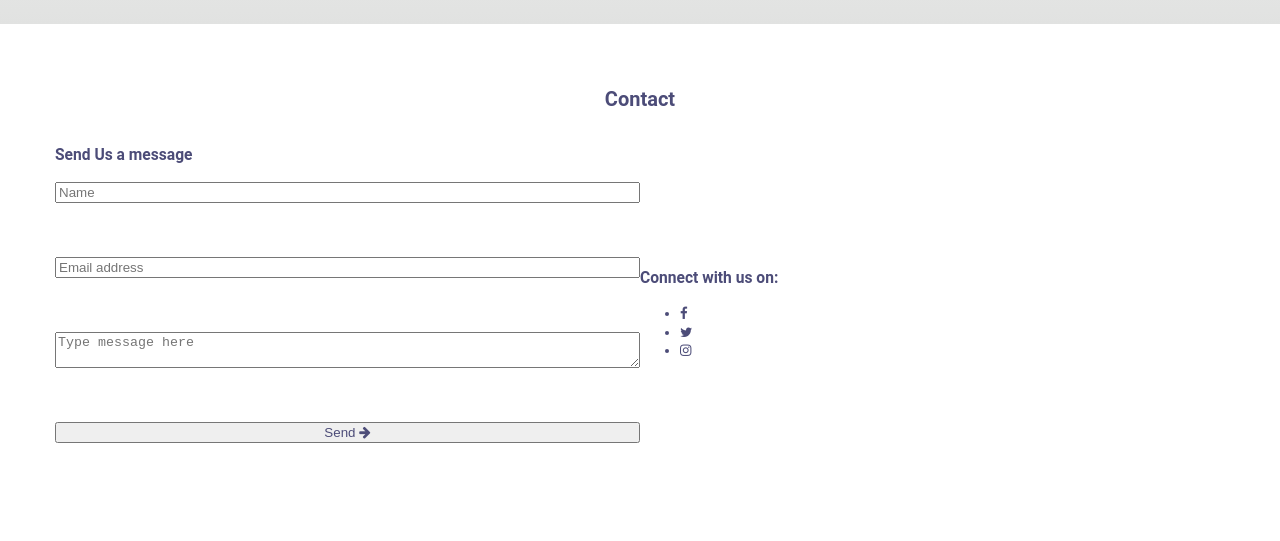
Repository: wisdomspine/emmatech-website
Page: index.html
The author's editor kept a copy of each file at every save. The page is drawn from the files as they stood at one save, then again after the next save.
The browser window is 1280 px wide. The pictures show the part of the page from y = 1532 to 2073 px (the page is 2073 px tall before and 1953 px after).
A picture or video elsewhere on the page could not be fetched, so the positions and the page height are approximate.

Above is the page before, as saved 2020-11-02 12:18:03.

After the next save:
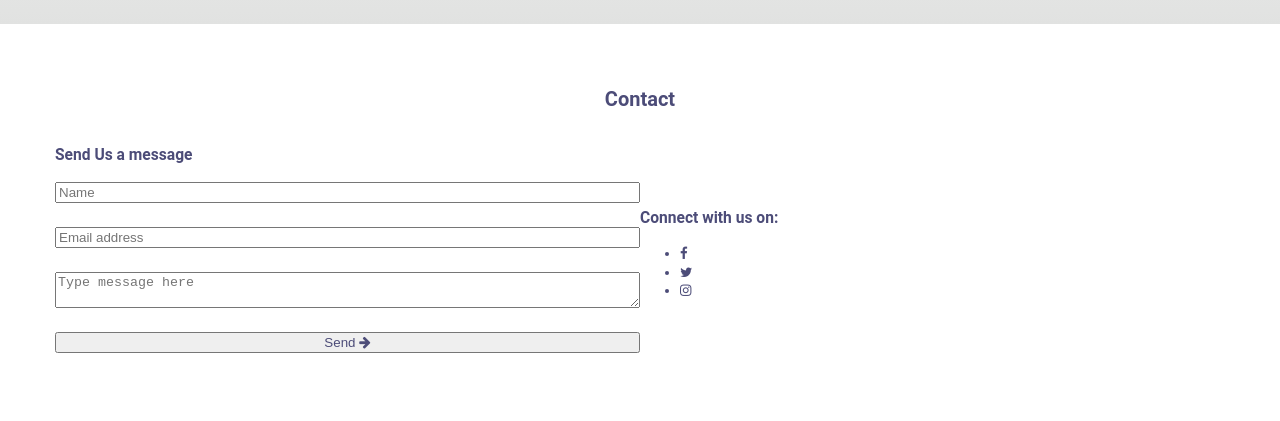
Saved 9 s later.
--- a/assets/styles/index.css
+++ b/assets/styles/index.css
@@ -125,5 +125,5 @@
 }
 
 .home-contact .home-contact-content>div:first-child form div{
-    margin-bottom: 54px;
+    margin-bottom: 24px;
 }
